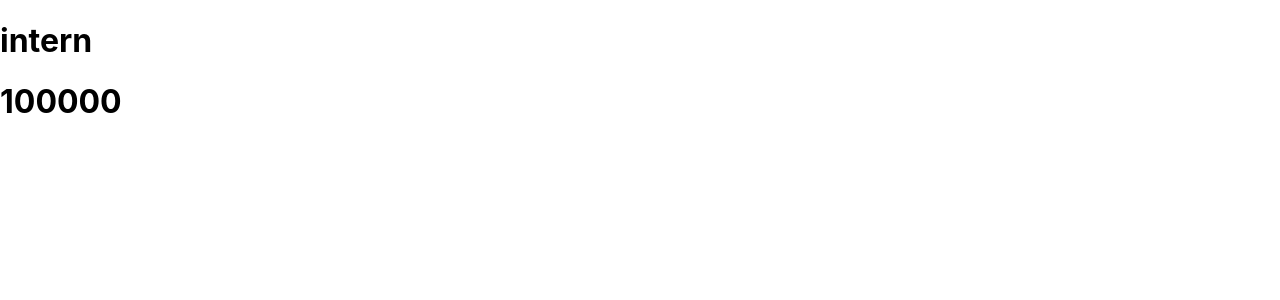
Repository: iamjayenmthakuri/todolist
Page: /
These files come from the project's save history. The page is drawn as it stood at one moment and after the next save; the edit follows.
The browser window is 1280 px wide. The pictures show the whole page.
The project was rebuilt for these pictures with package versions that can differ from the ones it lists, and the page was loaded fresh each time.

Above is the page before, as saved 2022-09-18 22:28:12.

After the next save:
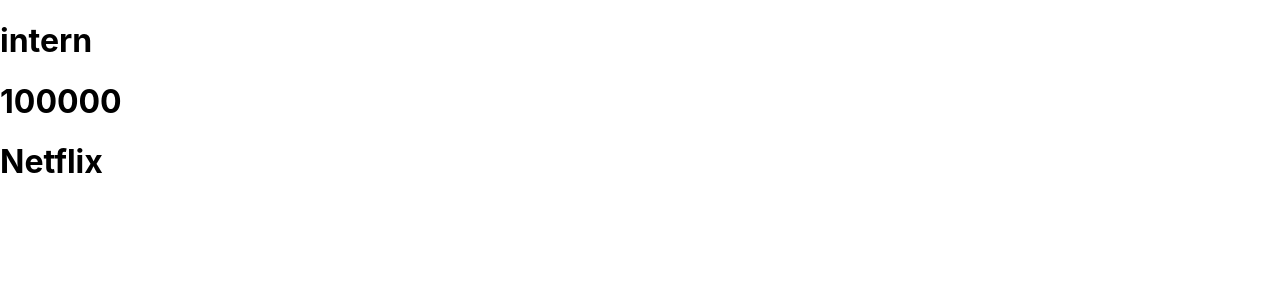
Saved 36 s later.
--- a/src/App.js
+++ b/src/App.js
@@ -14,7 +14,7 @@
     <>
     <h1>{props.job}</h1>
     <h1>{props.salary}</h1>
-    <h1>{props.comapny}</h1>
+    <h1>{props.company}</h1>
     </>
 
   );
